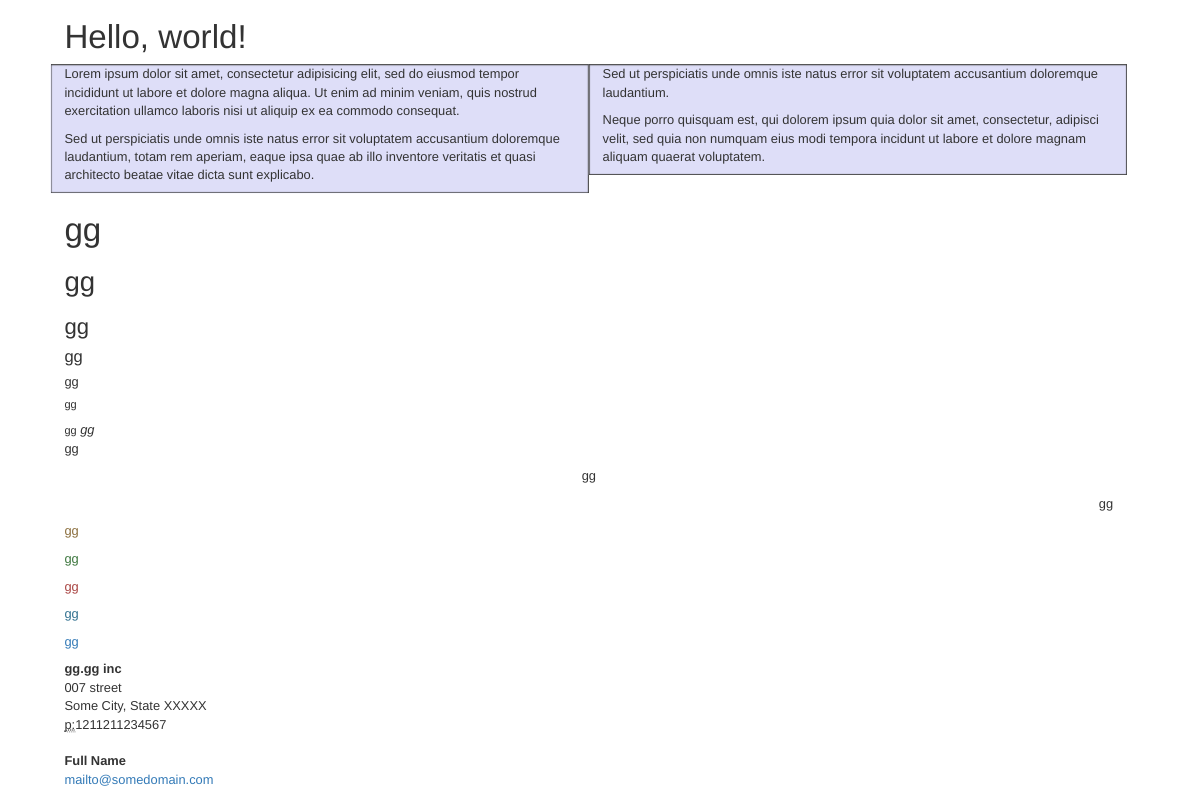
Repository: SnugHAN/eshop_real
Page: eshop_han/gg_shop/WebContent/test.html
These files come from the project's save history. The page is drawn as it stood at one moment and after the next save; the edit follows.
The browser window is 1280 px wide. The pictures show the whole page, at 92% of full size.

Above is the page before, as saved 2017-05-26 08:00:38.
Console error (its wording comes from the project's code and is left out).

### eshop_han/gg_shop/WebContent/test.html
<!DOCTYPE html>
<html>
<head>
   <meta charset="utf-8">
   <meta name="viewport" content="width=deceive-width,
                                  initial-scale=1.0,
                                  maxmum-scale=1.0,
                                  user-scalable=no


   ">
   <title>测试一下bootstrap好用不</title>
  <link rel="stylesheet" href="bootstrap-3.3.7-dist/css/bootstrap.min.css">
  <link rel="stylesheeet" href="css/login.css">
   <script src="bootstrap-3.3.7-dist/js/bootstrap.min.js"></script>

</head>
<body>
    <div class="container">
    <h1>Hello, world!</h1>

    <div class="row">
        <div class="col-md-6"  style="background-color: #dedef8; box-shadow: inset 1px -1px 1px #444, inset -1px 1px 1px #444;">
            <p>Lorem ipsum dolor sit amet, consectetur adipisicing elit, sed do
            eiusmod tempor incididunt ut labore et dolore magna aliqua. Ut
            enim ad minim veniam, quis nostrud exercitation ullamco laboris
            nisi ut aliquip ex ea commodo consequat.
            </p>

            <p>Sed ut perspiciatis unde omnis iste natus error sit voluptatem
            accusantium doloremque laudantium, totam rem aperiam, eaque ipsa
            quae ab illo inventore veritatis et quasi architecto beatae vitae
            dicta sunt explicabo.
            </p>
        </div>

        <div class="col-md-6" style="background-color: #dedef8;box-shadow: inset 1px -1px 1px #444, inset -1px 1px 1px #444;">
            <p>Sed ut perspiciatis unde omnis iste natus error sit voluptatem
            accusantium doloremque laudantium.
            </p>

            <p> Neque porro quisquam est, qui dolorem ipsum quia dolor sit amet,
            consectetur, adipisci velit, sed quia non numquam eius modi
            tempora incidunt ut labore et dolore magnam aliquam quaerat
            voluptatem.
            </p>
        </div>
    </div>
    <div class="font">
    <h1>gg</h1>
    <h2>gg</h2>
    <h3>gg</h3>
    <h4>gg</h4>
    <h5>gg</h5>
    <h6>gg</h6>
    <small>gg</small>
    <em>gg</em>
    <p class="text-left">gg</p>
    <p class="text-center">gg</p>
    <p class="text-right">gg</p>
    <p class="text-warning">gg</p>
    <p class="text-success">gg</p>
    <p class="text-danger">gg</p>
    <p class="text-info">gg</p>
    <p class="text-primary">gg</p>
    </div>
    <address>
    <strong>gg.gg  inc</strong><br>
    007 street<br>
  Some City, State XXXXX<br>
  <abbr title="Phone">p:</abbr>1211211234567

    </address>
    <address>
    <strong>Full Name</strong><br>
  <a href="mailto:#">mailto@somedomain.com</a>
    </address>
</div>

</body>
</html>

Loaded but not shown: eshop_han/gg_shop/WebContent/bootstrap-3.3.7-dist/css/bootstrap.min.css (library); eshop_han/gg_shop/WebContent/bootstrap-3.3.7-dist/js/bootstrap.min.js (library)

After the next save:
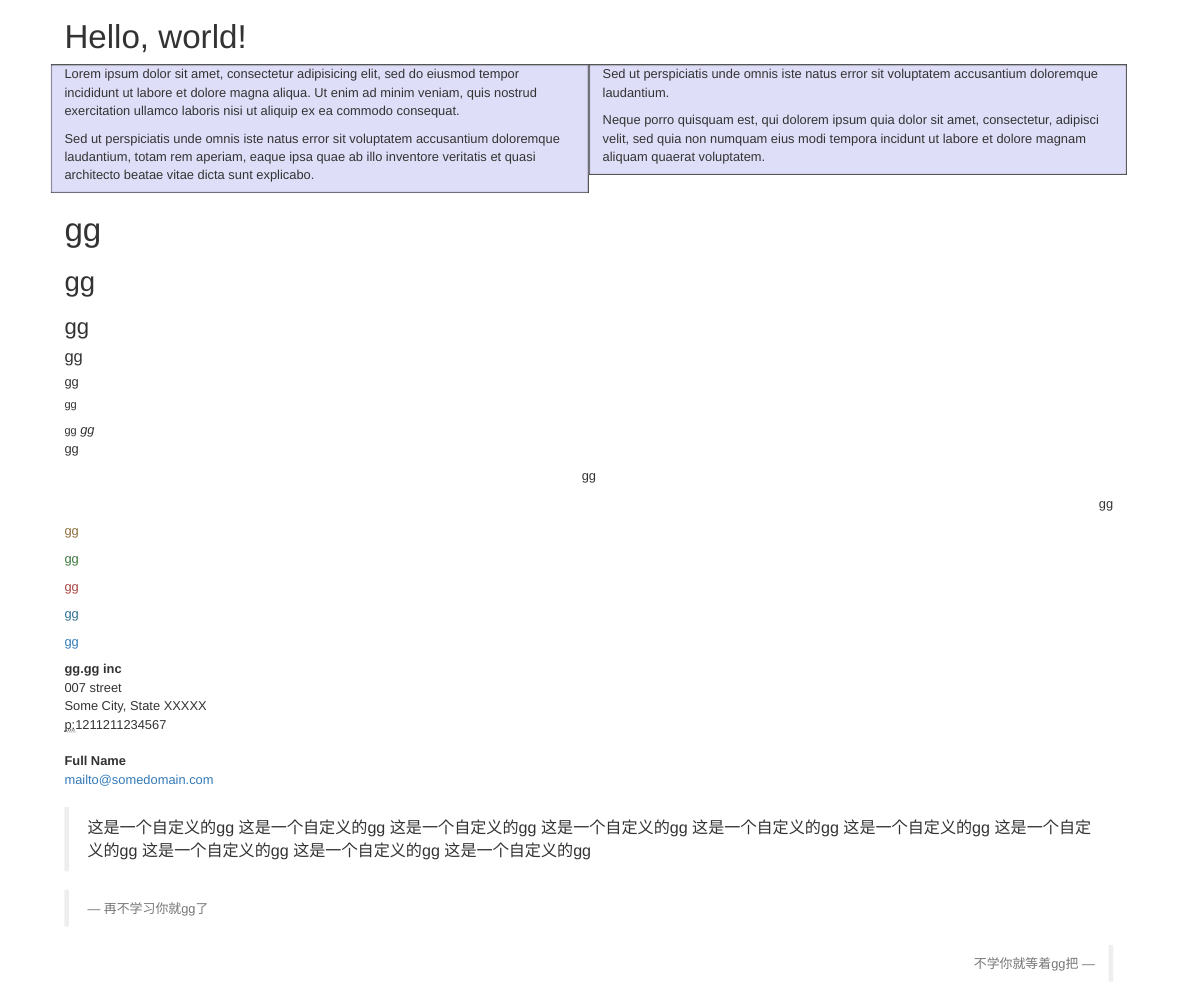
Saved 6 min 12 s later.
--- a/eshop_han/gg_shop/WebContent/test.html
+++ b/eshop_han/gg_shop/WebContent/test.html
@@ -75,6 +75,16 @@
     <strong>Full Name</strong><br>
   <a href="mailto:#">mailto@somedomain.com</a>
     </address>
+    <blockquote><p>这是一个自定义的gg 这是一个自定义的gg 这是一个自定义的gg 这是一个自定义的gg 这是一个自定义的gg
+    这是一个自定义的gg 这是一个自定义的gg 这是一个自定义的gg 这是一个自定义的gg 这是一个自定义的gg</p></blockquote>
+<blockquote>
+<small>再不学习你就gg了</small>
+
+</blockquote>
+<blockquote class="pull-right">
+<small>不学你就等着gg把</small>
+</blockquote>
+
 </div>
 
 </body>
